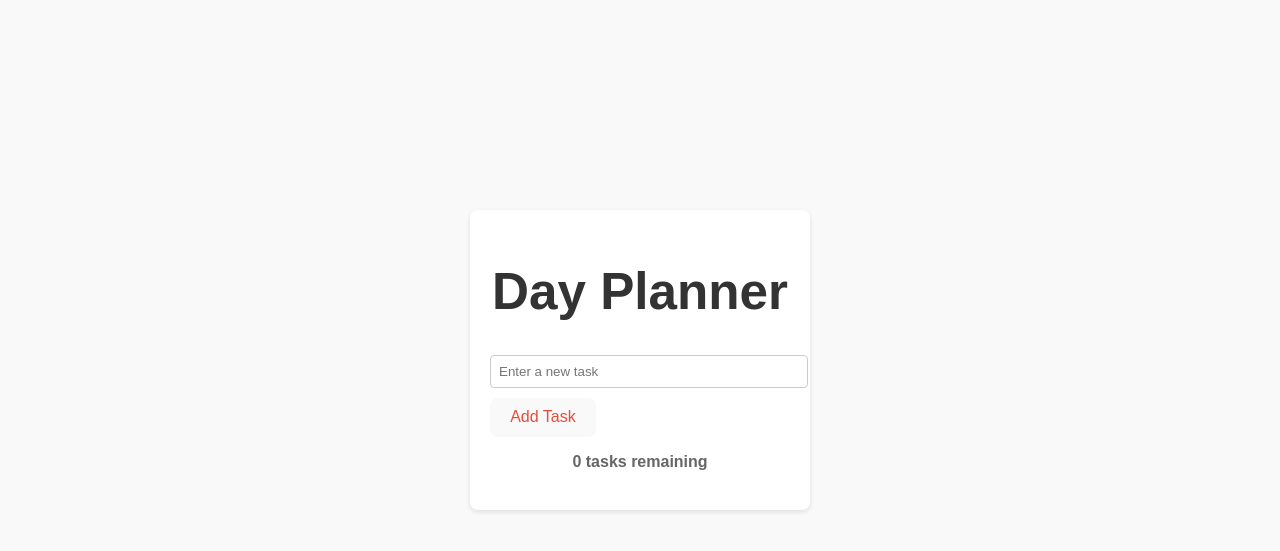
Repository: Hennyyyy8/Lab-4
Page: / (app in react/)
An editor plug-in stored every save of this project. The page is shown before and after the next save, followed by the edit.
The browser window is 1280 px wide. The pictures show the whole page.
The project was rebuilt for these pictures with package versions that can differ from the ones it lists, and the page was loaded fresh each time. Also part of the build but not shown: react/vite.config.js, react/src/task.jsx.

Above is the page before, as saved 2024-10-13 04:17:11.

### react/src/App.jsx
import React, { useState } from 'react';
import Task from './Task';
import TaskForm from './TaskForm';
import './App.css';

const App = () => {
  const [tasks, setTasks] = useState([]);

  const addTask = (task) => {
    const newTask = { id: Date.now(), text: task, completed: false };
    setTasks([...tasks, newTask]);
  };

  const toggleComplete = (id) => {
    setTasks(tasks.map(task =>
      task.id === id ? { ...task, completed: !task.completed } : task
    ));
  };

  const deleteTask = (id) => {
    setTasks(tasks.filter(task => task.id !== id));
  };

  const incompleteCount = tasks.filter(task => !task.completed).length;

  return (
    <div className="container">
      <h1>Day Planner</h1>
      <TaskForm addTask={addTask} />
      <h2>{incompleteCount} tasks remaining</h2>
      <ul>
        {tasks.map(task => (
          <Task
            key={task.id}
            task={task}
            toggleComplete={toggleComplete}
            deleteTask={deleteTask}
          />
        ))}
      </ul>
    </div>
  );
};

export default App;

### react/src/taskform.jsx
import React, { useState } from 'react';

const TaskForm = ({ addTask }) => {
  const [taskText, setTaskText] = useState('');

  const handleSubmit = (e) => {
    e.preventDefault();
    if (taskText.trim()) {
      addTask(taskText);
      setTaskText('');
    }
  };

  return (
    <form onSubmit={handleSubmit}>
      <input
        type="text"
        value={taskText}
        onChange={(e) => setTaskText(e.target.value)}
        placeholder="Enter a new task"
      />
      <button type="submit">Add Task</button>
    </form>
  );
};

export default TaskForm;

### react/src/App.css
/* App.css */

body {
  font-family: sans-serif;
  background-color: #f9f9f9;
  display: flex;
  justify-content: center;
  align-items: center;
  height: 100vh;
  margin: 0;
}

.container {
  background-color: #fff;
  padding: 20px;
  border-radius: 8px;
  box-shadow: 0 2px 5px rgba(0, 0, 0, 0.1);
  width: 300px;
}

h1 {
  font-size: 1.5em;
  text-align: center;
  color: #333;
}

h2 {
  font-size: 1em;
  color: #666;
  text-align: center;
  margin-bottom: 15px;
}

ul {
  list-style-type: none;
  padding: 0;
}

li {
  display: flex;
  justify-content: space-between;
  padding: 8px 0;
  border-bottom: 1px solid #eee;
}

li:last-child {
  border-bottom: none;
}

input[type="checkbox"] {
  margin-right: 10px;
}

button {
  background-color: transparent;
  border: none;
  color: #e74c3c;
  cursor: pointer;
  font-size: 0.9em;
}

button:hover {
  color: #c0392b;
}

input[type="text"] {
  width: 100%;
  padding: 8px;
  margin-bottom: 10px;
  border: 1px solid #ccc;
  border-radius: 4px;
}

input[type="text"]:focus {
  outline: none;
  border-color: #333;
}

Loaded but not shown: react/index.html (common file); react/src/main.jsx (common file); react/src/index.css (common file)

After the next save:
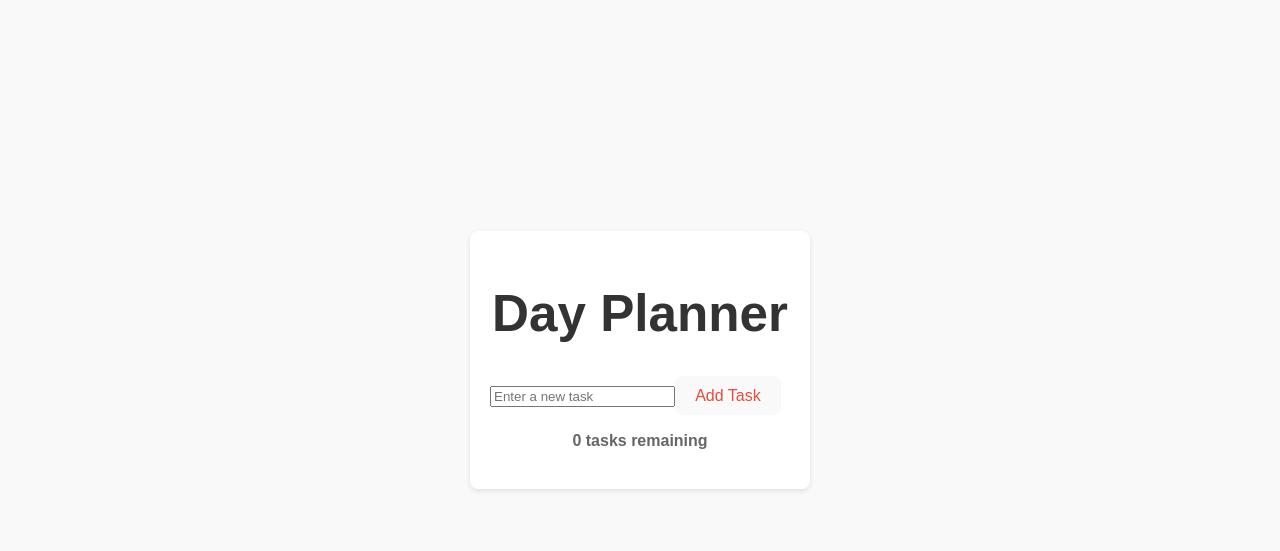
Saved 21 s later.
--- a/react/src/App.css
+++ b/react/src/App.css
@@ -62,16 +62,3 @@ button {
 button:hover {
   color: #c0392b;
 }
-
-input[type="text"] {
-  width: 100%;
-  padding: 8px;
-  margin-bottom: 10px;
-  border: 1px solid #ccc;
-  border-radius: 4px;
-}
-
-input[type="text"]:focus {
-  outline: none;
-  border-color: #333;
-}
